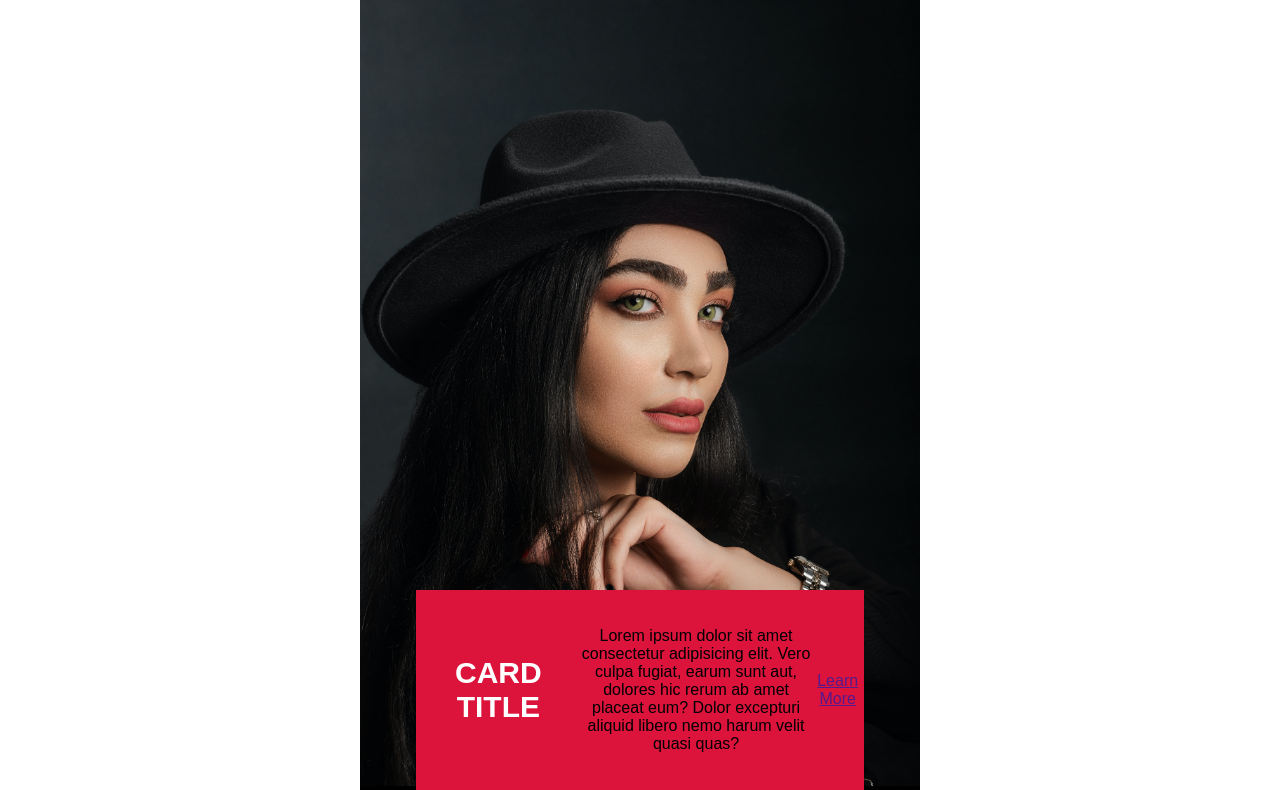
Repository: DevMike1993/100_Projects_HTML_CSS_JAVASCRIPT
Page: 07_Creative_Image_Hover_Effect/03_Effect/index.html
The author's editor kept a copy of each file at every save. The page is drawn from the files as they stood at one save, then again after a run of saves.
The browser window is 1280 px wide. The pictures show the whole page.

Above is the page before, as saved 2023-11-30 12:41:41.

After the next 4 saves:
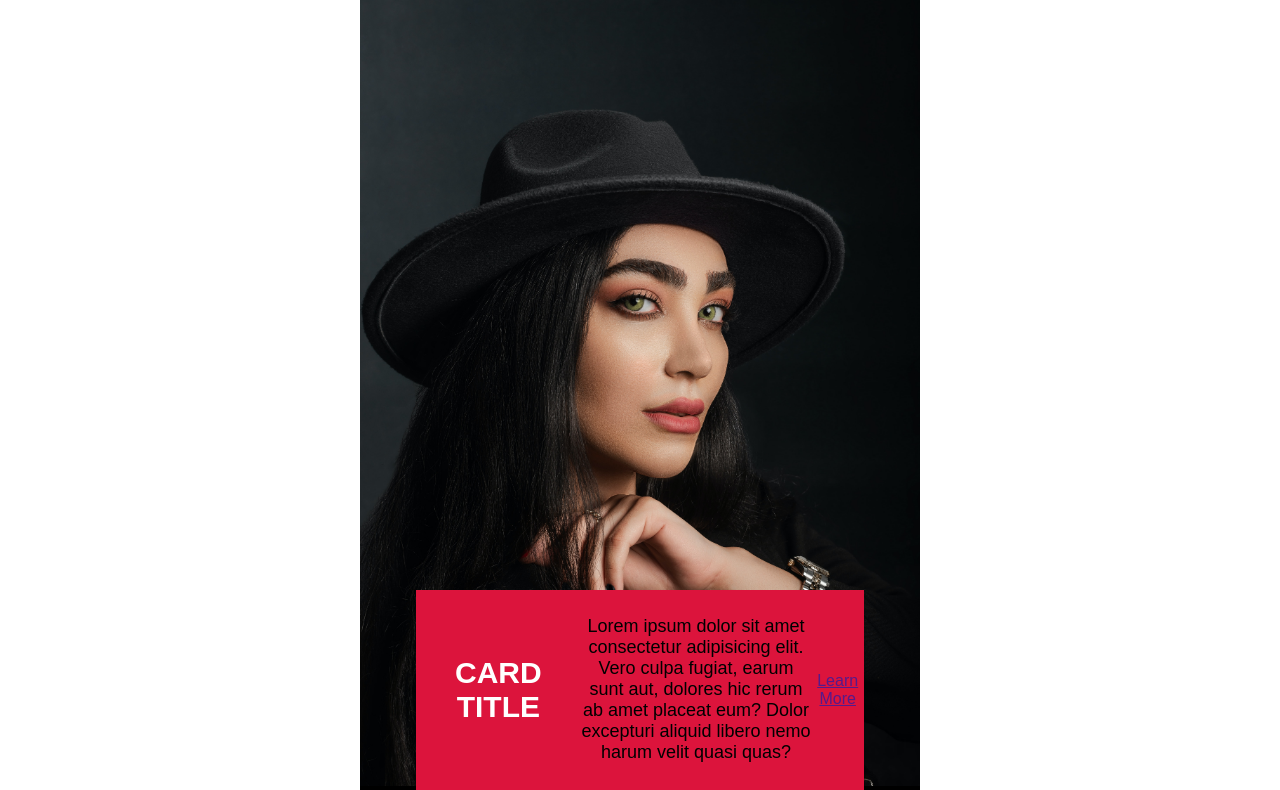
The 4 saves are shown as one change because they came seconds apart.
The last was saved 11 s later.
--- a/07_Creative_Image_Hover_Effect/03_Effect/style.css
+++ b/07_Creative_Image_Hover_Effect/03_Effect/style.css
@@ -40,6 +40,7 @@ h3 {
 p {
     width: 80%;
     margin: 10px auto;
+    font-size: 18px;
 }
 
 img {
